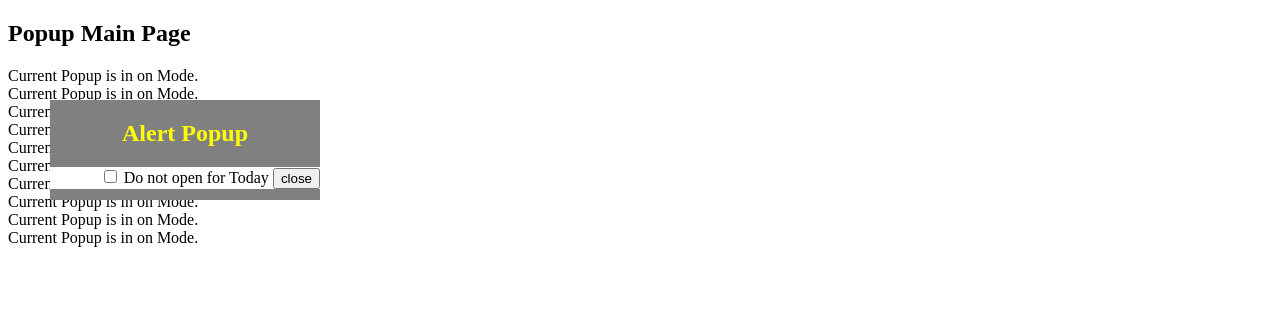
Repository: Jadedvst/Java_JSP-Servlet
Page: http://localhost/MustHaveJSP/04Cookie/PopupMain.jsp
An editor plug-in stored every save of this project. The page is shown before and after the next save, followed by the edit.
The browser window is 1280 px wide. The pictures show the whole page.
The page is served by Tomcat 10. Other server files are loaded and not shown.

Above is the page before, as saved 2023-12-13 02:01:56.
Console error: SyntaxError: Unexpected token ':'

### MustHaveJSP/src/main/webapp/04Cookie/PopupMain.jsp
<%@ page language="java" contentType="text/html; charset=UTF-8"
    pageEncoding="UTF-8"%>
<%
String popupMode = "on";

Cookie[] cookies = request.getCookies(); //요청 헤더의 모든 쿠키
if(cookies!=null){
	for(Cookie c:cookies){
		String cookieName = c.getName();
		String cookieValue = c.getValue();
		if(cookieName.equals("PopupClose")){
			popupMode = cookieValue;
		}

	}
}
%>
<!DOCTYPE html>
<html>
<head>
<meta charset="UTF-8">
<title>Popup administration using Cookie</title>
<style>
div#popup{
	position: absolute; top:100px; left:50px; width:270px; height:100px; /* if non of these, then just shown under the text */
	background-color:gray; color:yellow;
}
div#popup>div{
	position: relative;
	background-color:white; color:black;
}
</style>
<script src="https://ajax.googleapis.com/ajax/libs/jquery/3.7.0/jquery.min.js"></script>
<script>
$(function(){
	$('#closeBtn').click(function(){
		$('#popup').hide();
		var chkVal = $("input:checkbox[id=inactiveToday]:checked").val();
		if(chkVal==1){
			url: './PopupCookie.jsp',
			type: 'get',
			data: {inactiveToday : chkVal},//jason
			dataType: "text",
			success: function(resData) {
				if(resData != '') location.reload();
			}
		}
	});
})
</script>
</head>
<body>
<h2>Popup Main Page</h2>
<%
	for(int i=1;i<=10;i++){
		out.print("Current Popup is in "+popupMode+" Mode.<br/>");
	}
if(popupMode.equals("on")){
%>
	<div id = "popup">
		<h2 align="center">Alert Popup</h2>
		<div align="right"><form name="popFrm">
			<input type="checkbox" id="inactiveToday" value="1"/>
			Do not open for Today
			<input type="button" id="closeBtn" value="close"/>
		</form></div>
	</div>
<%
}
%>
</body>
</html>

After the next save:
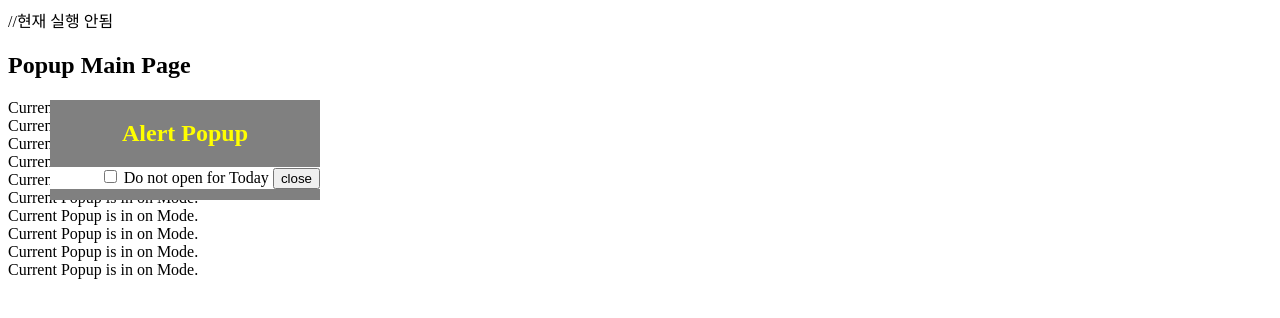
Saved 105 s later.
--- a/MustHaveJSP/src/main/webapp/04Cookie/PopupMain.jsp
+++ b/MustHaveJSP/src/main/webapp/04Cookie/PopupMain.jsp
@@ -1,3 +1,4 @@
+//현재 실행 안됨
 <%@ page language="java" contentType="text/html; charset=UTF-8"
     pageEncoding="UTF-8"%>
 <%
